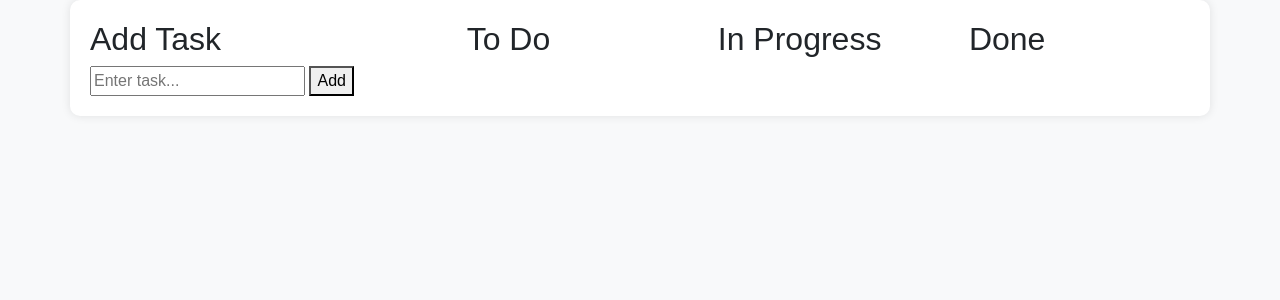
Repository: ZakariaZhlat125/test-rar-it
Page: http://localhost/
These files come from the project's save history. The page is drawn as it stood at one moment and after the next save; the edit follows.
The browser window is 1280 px wide. The pictures show the whole page.
Some web libraries are served in a nearby version. The page is run by PHP 8.4 with error messages shown; the project is at /var/www/html/. The database holds what the project's SQL file puts in it.

Above is the page before, as saved 2024-03-01 23:12:52.

### index.php
<!DOCTYPE html>
<html lang="en">
<head>
  <meta charset="UTF-8">
  <meta name="viewport" content="width=device-width, initial-scale=1.0">
  <link href="https://stackpath.bootstrapcdn.com/bootstrap/4.5.0/css/bootstrap.min.css" rel="stylesheet">
  <link rel="stylesheet" href="styles.css">
  <title>Drag and Drop To-Do List</title>
</head>
<body>

<div class="container">
  <div class="row">
    <div class="col-md-4">
      <div id="add-task" class="task-list" ondrop="drop(event)" ondragover="allowDrop(event)">
        <h2>Add Task</h2>
        <input type="text" id="taskInput" placeholder="Enter task...">
        <button onclick="addTask()">Add</button>
      </div>
    </div>

    <div class="col-md-8">
      <div class="row">
        <div class="col-md-4">
          <div id="todo-list" class="task-list" ondrop="drop(event)" ondragover="allowDrop(event)">
            <h2>To Do</h2>
          </div>
        </div>
        <div class="col-md-4">
          <div id="in-progress-list" class="task-list" ondrop="drop(event)" ondragover="allowDrop(event)">
            <h2>In Progress</h2>
          </div>
        </div>
        <div class="col-md-4">
          <div id="done-list" class="task-list" ondrop="drop(event)" ondragover="allowDrop(event)">
            <h2>Done</h2>
          </div>
        </div>
      </div>
    </div>
  </div>
</div>

<script src="https://code.jquery.com/jquery-3.5.1.slim.min.js"></script>

<script src="https://cdn.jsdelivr.net/npm/@popperjs/core@2.10.2/dist/umd/popper.min.js"></script>
<script src="https://stackpath.bootstrapcdn.com/bootstrap/4.5.0/js/bootstrap.min.js"></script>
<script src="script.js"></script>
</body>
</html>

### fetch_tasks.php
<?php
$servername = "localhost";
$username = "root";
$password = "";
$dbname = "docdb";

$conn = new mysqli($servername, $username, $password, $dbname);

if ($conn->connect_error) {
    die("Connection failed: " . $conn->connect_error);
}

$status = isset($_GET['status']) ? $_GET['status'] : null;

if ($status !== null) {
    // Adjust the SQL query based on your database schema
    $sql = "SELECT * FROM tasks WHERE status = '$status' ORDER BY date_created ";
    $result = $conn->query($sql);

    if ($result->num_rows > 0) {
        while ($row = $result->fetch_assoc()) {
            echo '<div class="task-item" id="' . $row['id'] . '" draggable="true" ondragstart="drag(event)">' . $row['name'] . '</div>';
        }
    } else {
        echo '<p>No tasks in this category</p>';
    }
}

$conn->close();

### styles.css
body {
  margin: 0;
  padding: 0;
  font-family: 'Arial', sans-serif;
  background-color: #f8f9fa; /* Light gray background */
}

.container {
  display: flex;
  flex-direction: column;
  background-color: #ffffff; /* White background */
  padding: 20px;
  border-radius: 10px;
  box-shadow: 0 0 10px rgba(0, 0, 0, 0.1); /* Box shadow for depth */
}

### script.js
$(document).ready(function () {
  // Fetch and display tasks from the database on page load
  fetchAndDisplayTasks("todo", "todo-tasks-container");
  fetchAndDisplayTasks("in-progress", "in-progress-tasks-container");
  fetchAndDisplayTasks("done", "done-tasks-container");
});

function fetchAndDisplayTasks(listId, containerId) {
  $.ajax({
    type: "GET",
    url: "fetch_tasks.php", // Adjust the URL based on your server-side implementation
    data: { status: listId },
    success: function (response) {
      // Append tasks to the specified container
      $("#" + containerId).html(response);
      addDeleteButtons();
      addDragListeners();
    },
    error: function (xhr, status, error) {
      console.error("Error fetching tasks: " + xhr.responseText);
    },
  });
}

function addDragListeners() {
  // Add dragstart event listener to each task
  $(".task-item").on("dragstart", function (event) {
    event.originalEvent.dataTransfer.setData("text", event.target.id);
  });

  // Add drop event listener to each task list
  $(".task-list").on("drop", function (event) {
    event.preventDefault();
    var data = event.originalEvent.dataTransfer.getData("text");
    console.log(data);
    var draggedElement = $("#" + data);

    // Get the target task list
    var targetList = $(event.target).closest(".task-list");

    // Append the dragged element to the target task list
    if (targetList) {
      targetList.append(draggedElement);
      // Update the status in the database
      updateTaskStatus(draggedElement.attr("id"), targetList.attr("id"));
    }
  });

  // Add dragover event listener to each task list
  $(".task-list").on("dragover", function (event) {
    event.preventDefault();
  });
  $(".delete-btn").on("dragstart", function (event) {
    event.stopPropagation();
  });
}
function allowDrop(event) {
  event.preventDefault();
}

function drag(event) {
  event.dataTransfer.setData("text", event.target.id);
}

function drop(event) {
  event.preventDefault();
  var data = event.dataTransfer.getData("text");
  var draggedElement = document.getElementById(data);

  // Get the target task list
  var targetList = event.target.closest(".task-list");

  // Append the dragged element to the target task list
  if (targetList) {
    targetList.appendChild(draggedElement);
  }

  // TODO: Check if the target list is the "Add Task" box and handle accordingly
  if (targetList.id === "add-task") {
    // Add task handling logic here
    addTask(draggedElement.textContent);
  }

  // TODO: Save data to the database using AJAX and update the server-side records
  saveTaskToDatabase();
}

function addTask(taskText) {
  var taskInput = document.getElementById("taskInput");
  var taskText = taskInput.value.trim();

  if (taskText !== "") {
    // Create a new task item
    var newTask = document.createElement("div");
    newTask.textContent = taskText;
    newTask.className = "task-item";
    newTask.draggable = true;
    newTask.id = "task" + Math.floor(Math.random() * 1000);
    // Make the newly added task draggable
    newTask.setAttribute("draggable", true);
    newTask.setAttribute("ondragstart", "drag(event)");

    // Append the new task to the "Add Task" box
    var addTaskBox = document.getElementById("add-task");
    addTaskBox.appendChild(newTask);

    // Clear the input field
    taskInput.value = "";

    // Save the task to the database
    saveTaskToDatabase(newTask.textContent);
  }
}

function saveTaskToDatabase(taskText) {
  // TODO: Implement AJAX to save the task to the database
  $.ajax({
    type: "POST",
    url: "save.php",
    data: {
      taskText: taskText,
      action: "addTask", // Indicate that this is an add task action
    },
    success: function (response) {
      console.log(response);
    },
    error: function (xhr, status, error) {
      console.error("Error: " + xhr.responseText);
    },
  });
  addDragListeners();
}

function updateTaskStatus(taskId, status) {
  $.ajax({
    type: "POST",
    url: "update_status.php",
    data: {
      taskId: taskId,
      status: status,
    },
    success: function (response) {
      console.log(response);
    },
    error: function (xhr, status, error) {
      console.error("Error updating task status: " + xhr.responseText);
    },
  });
}

////  delete  /////
function addDeleteButtons() {
  // Add a delete button to each task
  $(".task-item").each(function () {
    // Check if the delete button is already added to the task
    if ($(this).find(".delete-btn").length === 0) {
      var deleteButton = $("<button>")
        .addClass("delete-btn")
        .text("x")
        .click(function () {
          deleteTask($(this).closest(".task-item"));
        });

      $(this).append(deleteButton);
    }
  });
}

function deleteTask(taskItem) {
  var taskId = taskItem.attr("id");

  // TODO: Remove the task from the database using AJAX and update the server-side records
  removeTaskFromDatabase(taskId);

  // Remove the task item from the DOM
  taskItem.remove();
}

function removeTaskFromDatabase(taskId) {
  // TODO: Implement AJAX to remove the task from the database
  $.ajax({
    type: "POST",
    url: "remove.php",
    data: {
      taskId: taskId,
      action: "removeTask", // Indicate that this is a remove task action
    },
    success: function (response) {
      console.log(response);
    },
    error: function (xhr, status, error) {
      console.error("Error: " + xhr.responseText);
    },
  });
}

### docdb.sql (the tables this page reads)
CREATE TABLE `tasks` (
  `id` int(11) NOT NULL,
  `name` varchar(255) NOT NULL,
  `date_created` timestamp NOT NULL DEFAULT current_timestamp(),
  `status` varchar(50) DEFAULT 'todo'
) ENGINE=InnoDB DEFAULT CHARSET=utf8mb4 COLLATE=utf8mb4_general_ci;

INSERT INTO `tasks` (`id`, `name`, `date_created`, `status`) VALUES
(7, 'test', '2024-03-01 19:39:43', 'done'),
(9, 'test', '2024-03-01 20:20:03', 'todo'),
(10, 'test', '2024-03-01 20:20:09', 'done'),
(11, 'eeeex', '2024-03-01 20:21:06', 'todo'),
(15, 'testx', '2024-03-01 20:24:11', 'todo');

ALTER TABLE `tasks`
  ADD PRIMARY KEY (`id`);

ALTER TABLE `tasks`
  MODIFY `id` int(11) NOT NULL AUTO_INCREMENT, AUTO_INCREMENT=16;

After the next save:
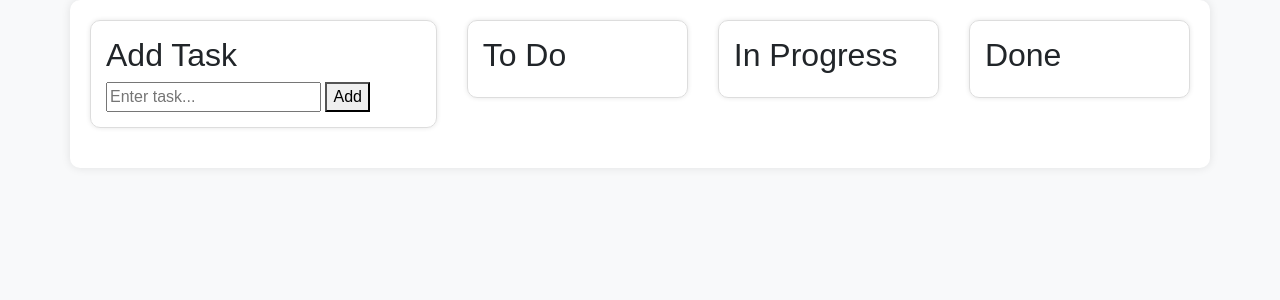
Saved 6 s later.
--- a/styles.css
+++ b/styles.css
@@ -13,3 +13,20 @@ body {
   border-radius: 10px;
   box-shadow: 0 0 10px rgba(0, 0, 0, 0.1); /* Box shadow for depth */
 }
+
+.bigbox {
+  border: 1px solid #ddd;
+  padding: 10px;
+  border-radius: 10px;
+  display: flex;
+  justify-content: space-between;
+  box-shadow: 0 0 10px rgba(0, 0, 0, 0.1); /* Box shadow for depth */
+}
+
+.task-list {
+  border: 1px solid #ddd;
+  padding: 15px; /* Increased padding for better spacing */
+  border-radius: 10px;
+  margin-bottom: 20px;
+  box-shadow: 0 0 5px rgba(0, 0, 0, 0.1); /* Subtle box shadow */
+}
